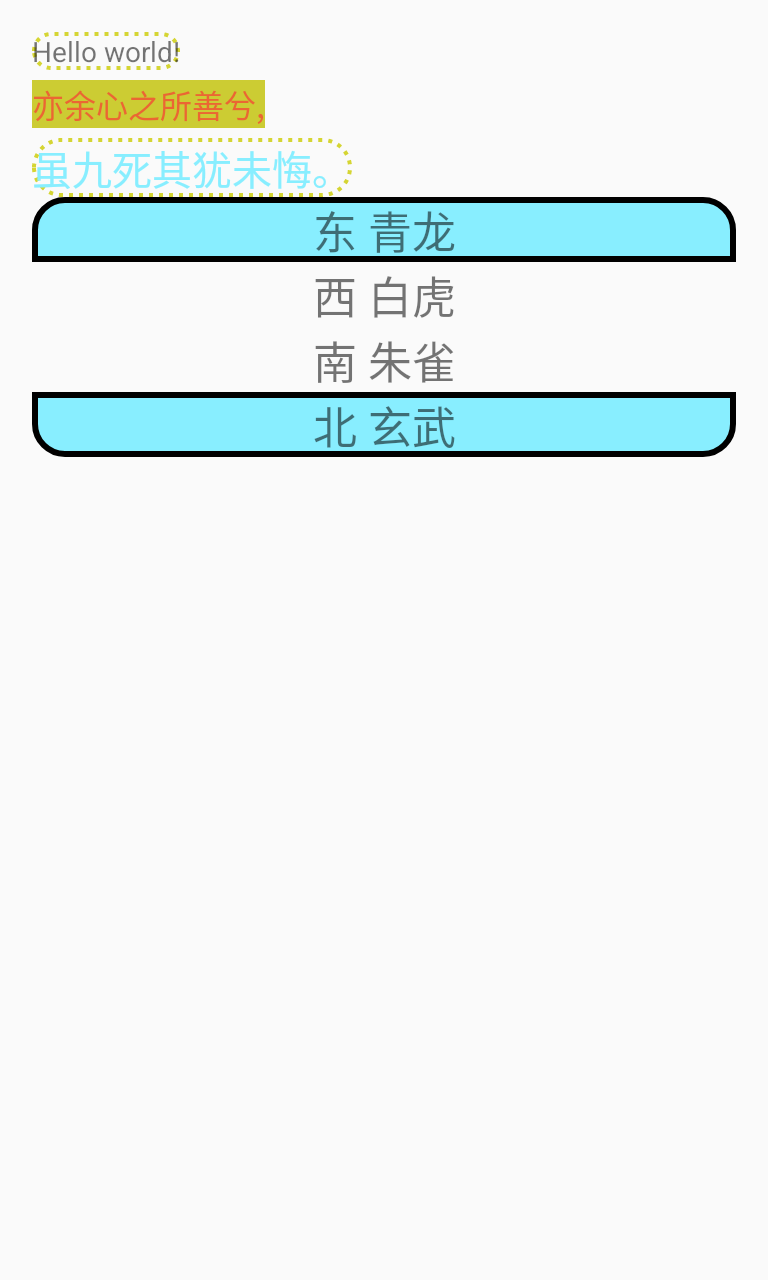
Repository: duhei/cici
Layout: GitHubFrist/res/layout/activity_main.xml
These files come from the project's save history. The layout is drawn as it stood at one moment and after the next save; the edit follows.
It is drawn on a 768 x 1280 px phone screen (xhdpi) without system bars, with theme AppTheme; the app's code is not run.

Above is the layout before, as saved 2015-07-10 08:54:32.

After the next save:
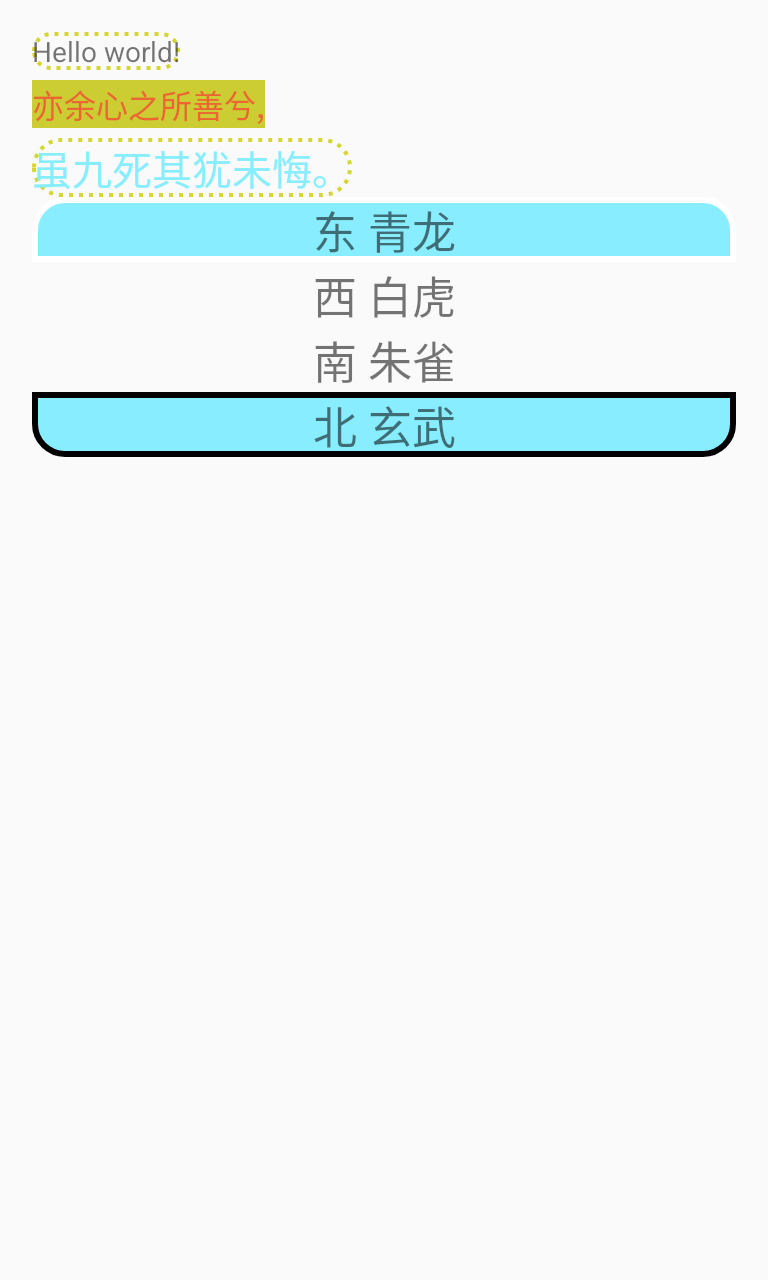
Saved 2 min 16 s later.
--- a/GitHubFrist/res/drawable-hdpi/con_shape_top.xml
+++ b/GitHubFrist/res/drawable-hdpi/con_shape_top.xml
@@ -11,6 +11,7 @@
         android:centerColor="#FF88EEFF"
         android:endColor="#FF88EEFF"/>
 
-    <stroke android:width="3dp"/>
+    <stroke android:width="3dp"
+        android:color="#FFFFFFFF"/>
 
 </shape>

After the save that followed:
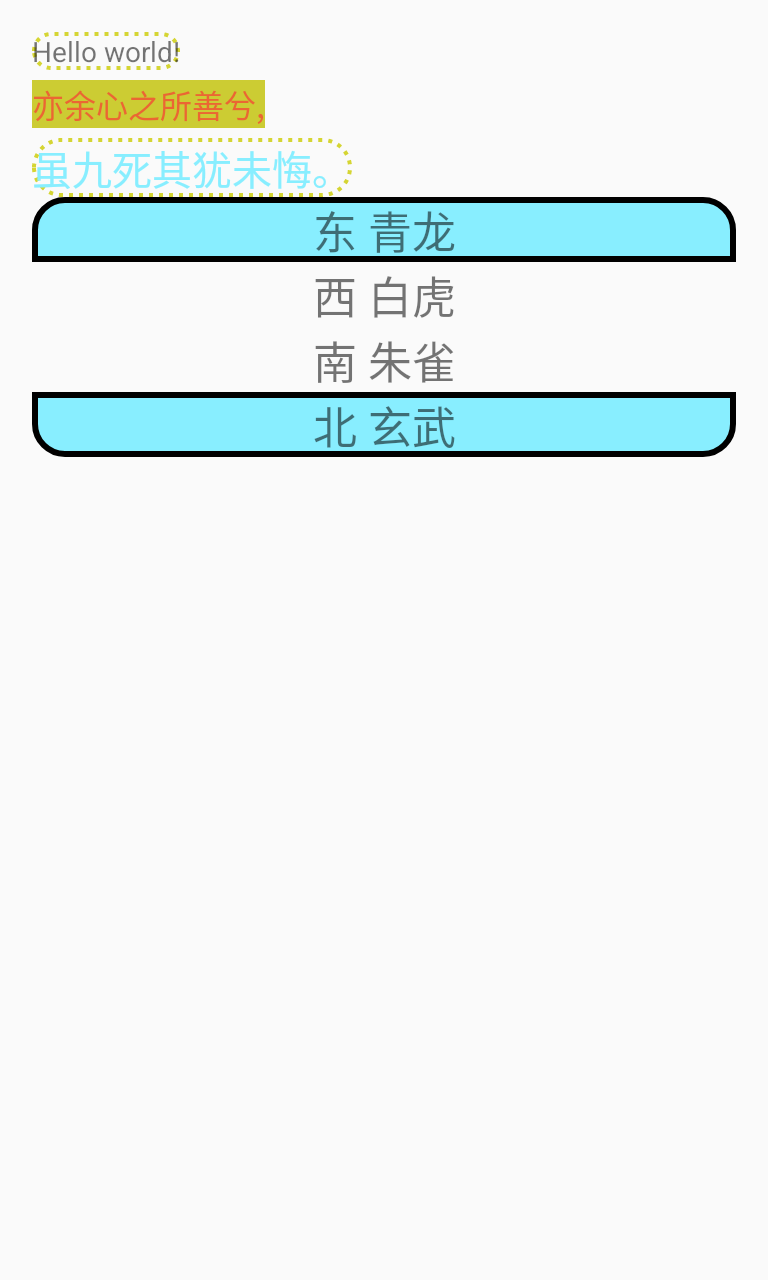
Saved 21 s later.
--- a/GitHubFrist/res/drawable-hdpi/con_shape_top.xml
+++ b/GitHubFrist/res/drawable-hdpi/con_shape_top.xml
@@ -12,6 +12,6 @@
         android:endColor="#FF88EEFF"/>
 
     <stroke android:width="3dp"
-        android:color="#FFFFFFFF"/>
+        android:color="#FF000000"/>
 
 </shape>
